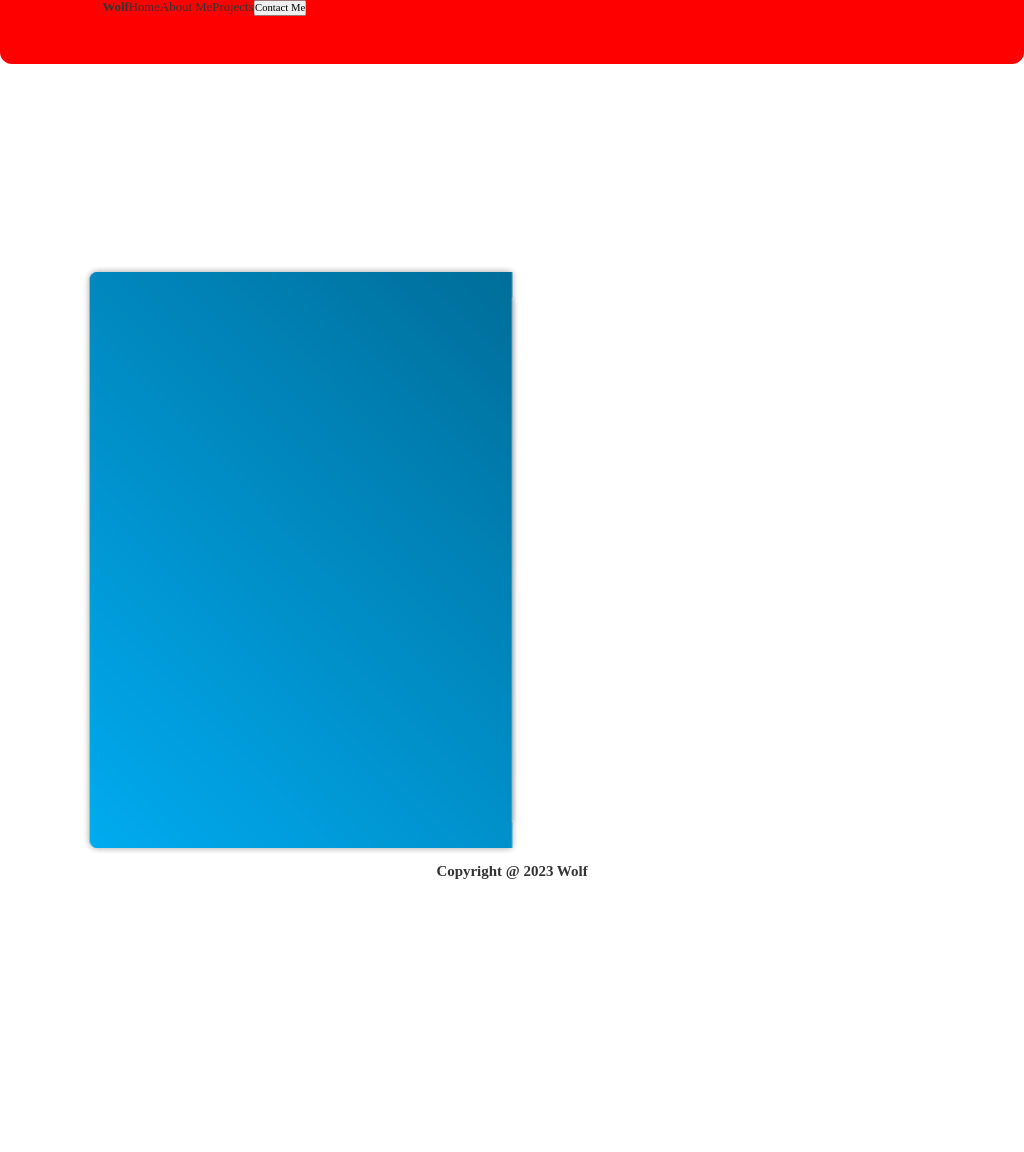
Repository: Ego-Wolf/Portfolio
Page: index.html
These files come from the project's save history. The page is drawn as it stood at one moment and after the next save; the edit follows.
The browser window is 1280 px wide. The pictures show the whole page, at 80% of full size.
Pictures or frames that could not be fetched are drawn as grey boxes.

Above is the page before, as saved 2023-12-14 16:07:25.

After the next save:
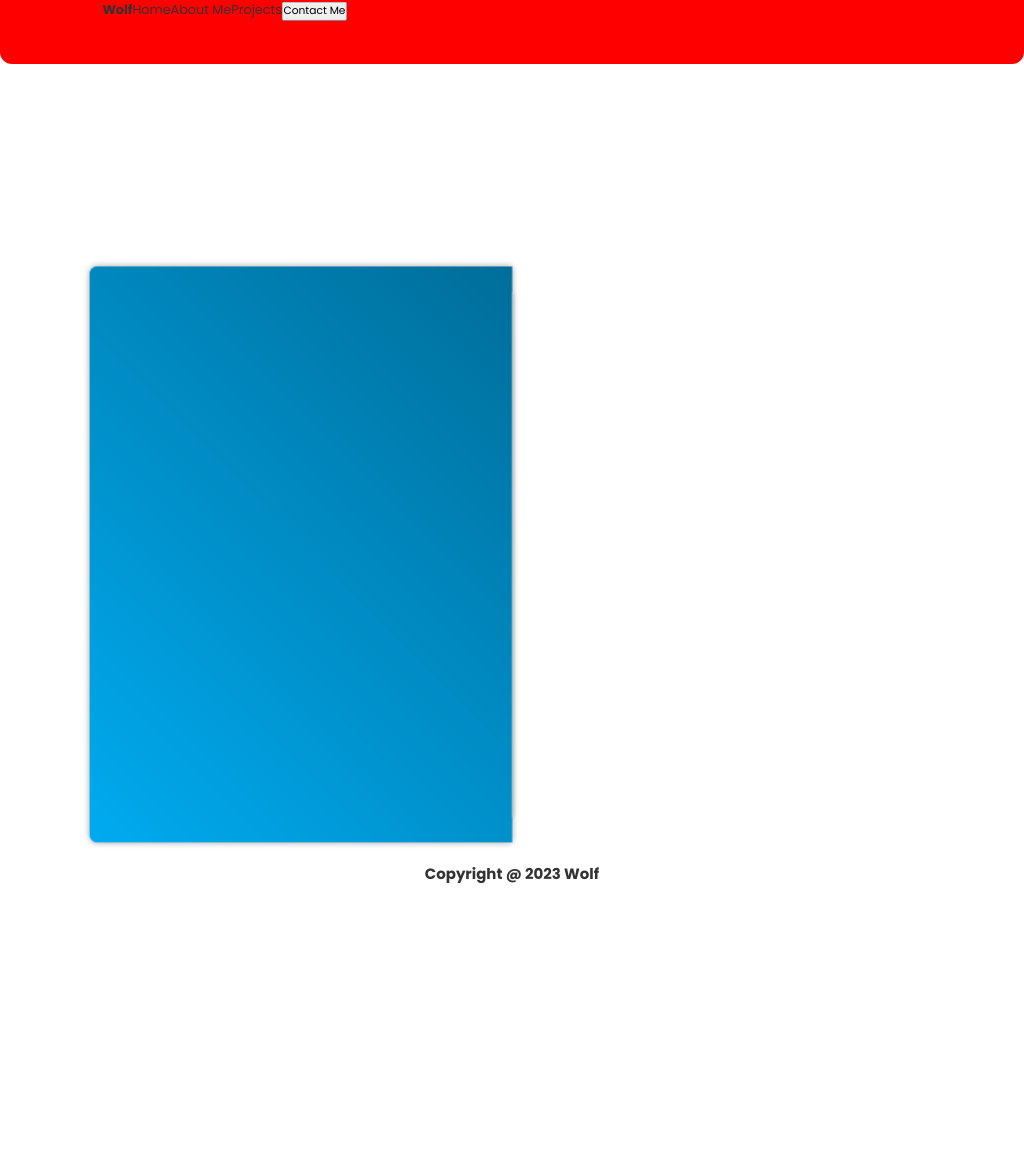
Saved 7 s later.
--- a/style.css
+++ b/style.css
@@ -5,7 +5,7 @@
     padding: 0;
     box-sizing: border-box;
     /* font-family: 'Poppins', sans-serif; */
-    font-family: var(--ff);
+    font-family: var(--font-family);
     text-decoration: none;
     list-style-type: none;
 }
